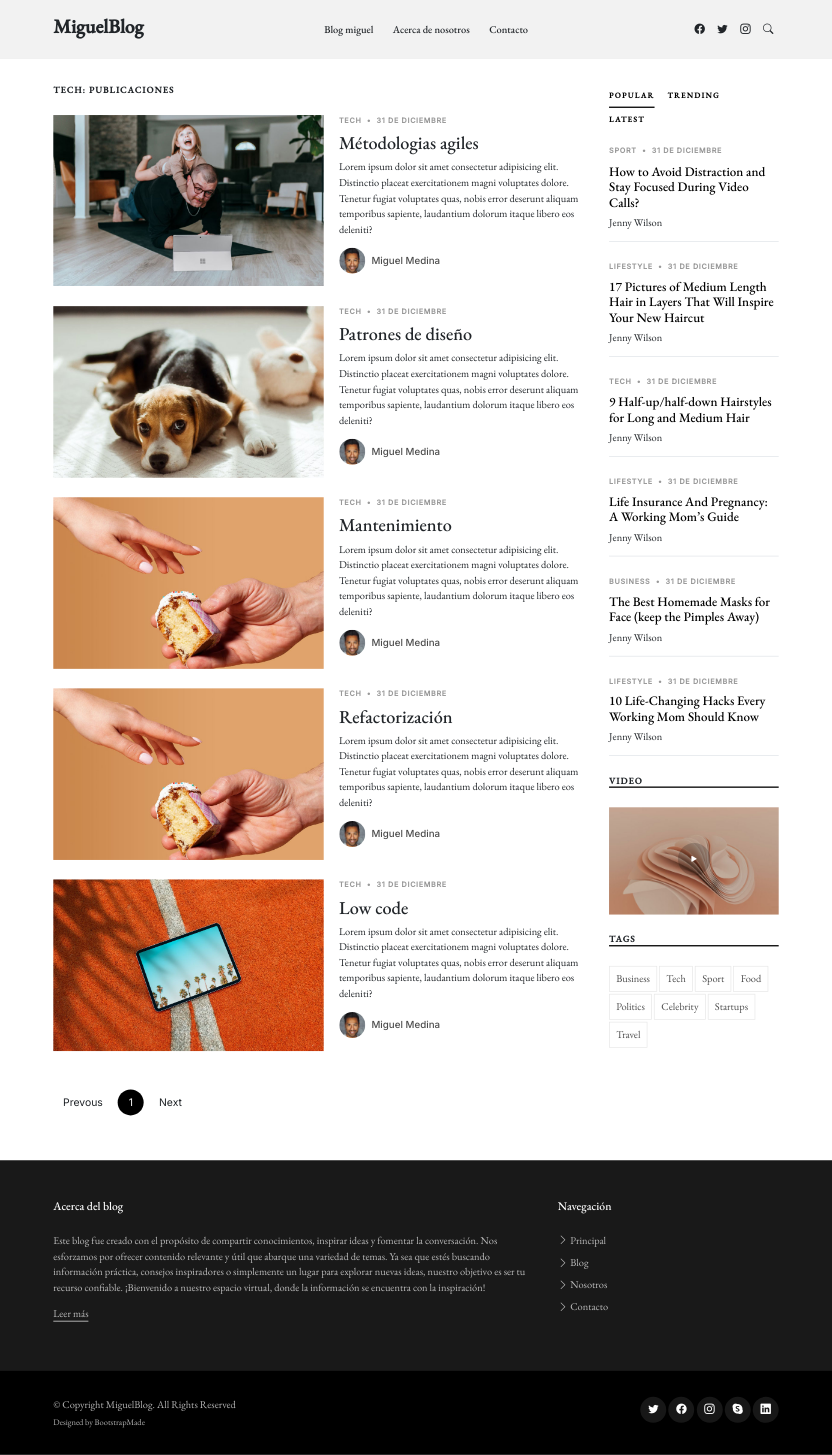
Repository: MiguelDev5/blog-miguel
Page: index.html
The author's editor kept a copy of each file at every save. The page is drawn from the files as they stood at one save, then again after the next save.
The browser window is 1280 px wide. The pictures show the whole page, at 65% of full size.
Some web fonts or font styles are not loaded; a fallback is used.

Above is the page before, as saved 2024-01-01 13:39:08.

After the next save:
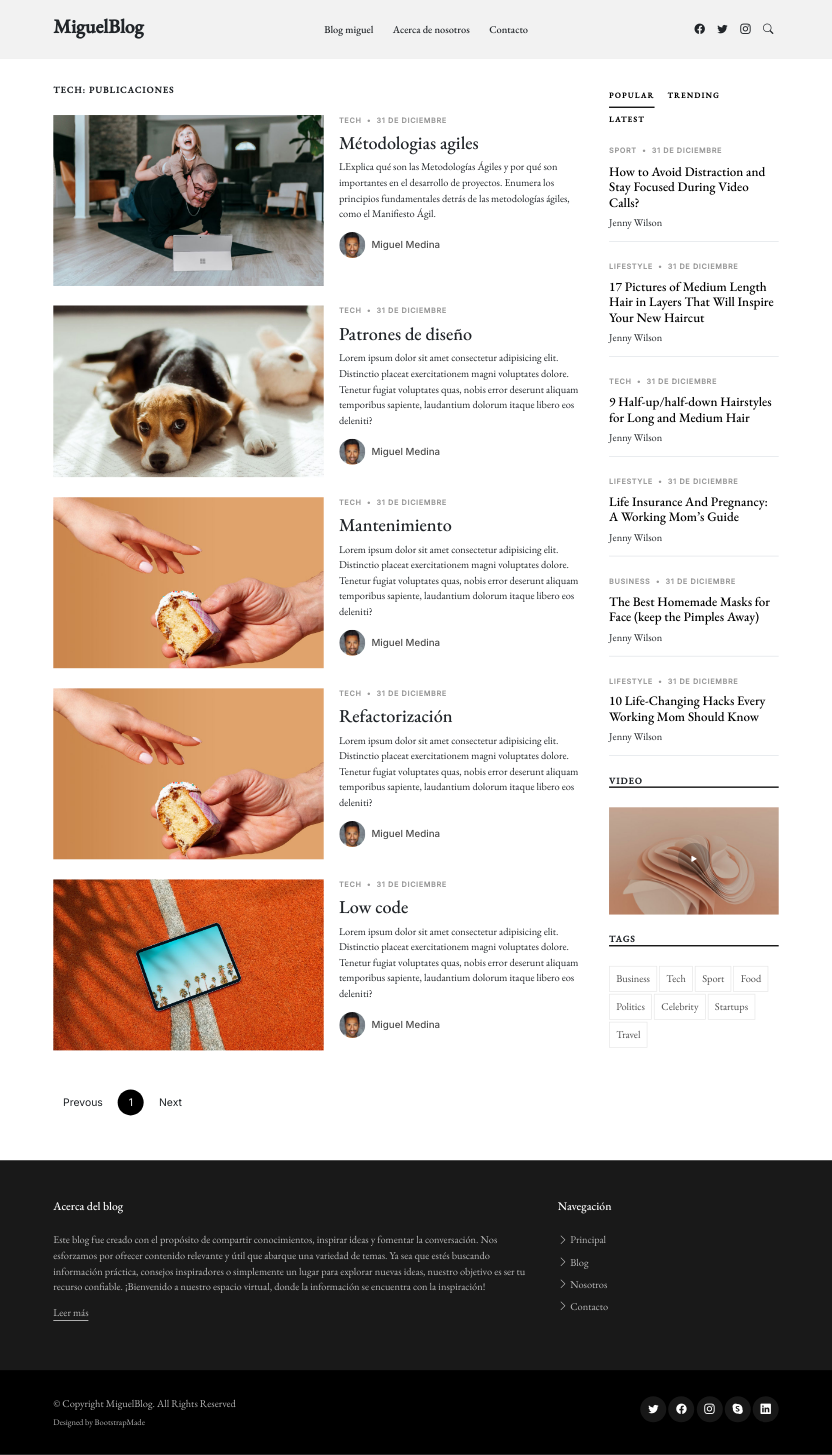
Saved 32 s later.
--- a/index.html
+++ b/index.html
@@ -96,7 +96,8 @@
               <div>
                 <div class="post-meta"><span class="date">Tech</span> <span class="mx-1">&bullet;</span> <span>31 de Diciembre</span></div>
                 <h3><a href="single-post.html">Métodologias agiles</a></h3>
-                <p>Lorem ipsum dolor sit amet consectetur adipisicing elit. Distinctio placeat exercitationem magni voluptates dolore. Tenetur fugiat voluptates quas, nobis error deserunt aliquam temporibus sapiente, laudantium dolorum itaque libero eos deleniti?</p>
+                <p>LExplica qué son las Metodologías Ágiles y por qué son importantes en el desarrollo de proyectos.
+                  Enumera los principios fundamentales detrás de las metodologías ágiles, como el Manifiesto Ágil.</p>
                 <div class="d-flex align-items-center author">
                   <div class="photo"><img src="assets/img/person-2.jpg" alt="" class="img-fluid"></div>
                   <div class="name">
